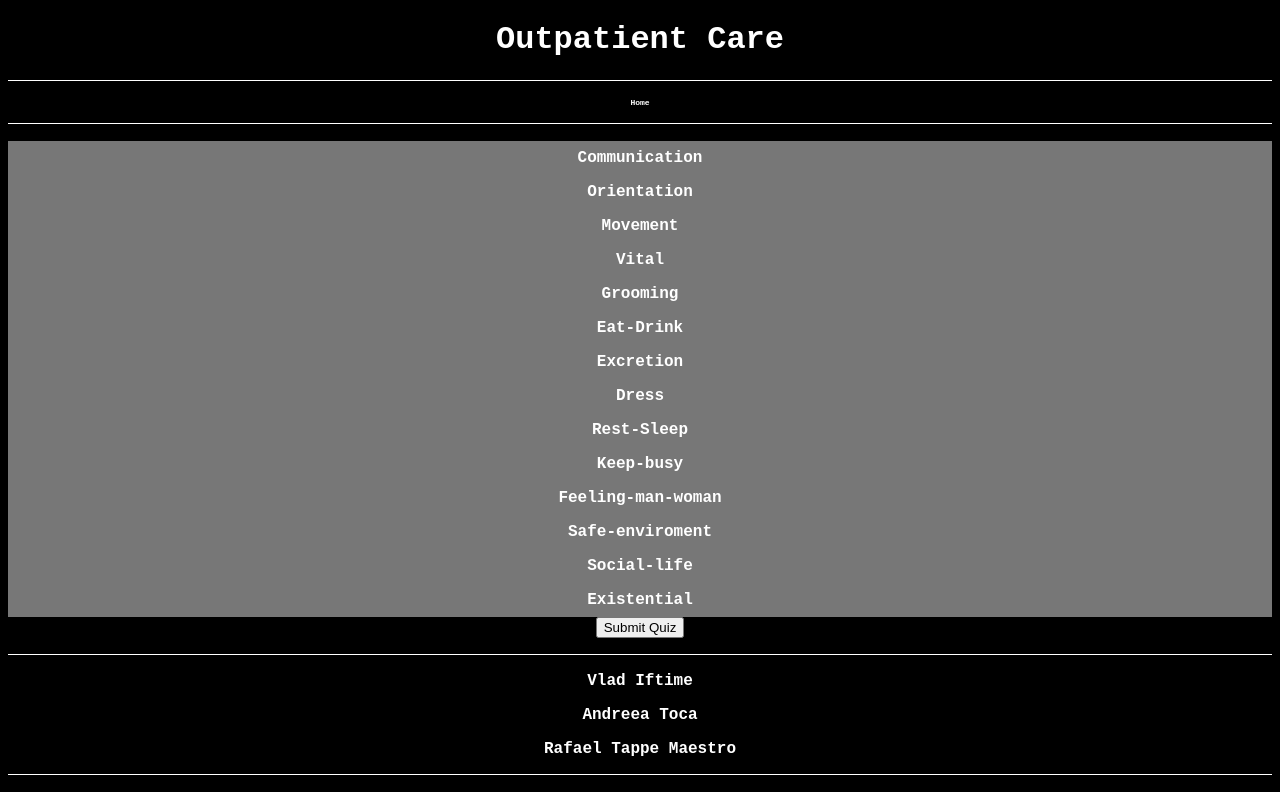
Repository: VladIftime/KnowledgeTechnology2019
Page: src/front/index.html
These files come from the project's save history. The page is drawn as it stood at one moment and after the next save; the edit follows.
The browser window is 1280 px wide. The pictures show the whole page.

Above is the page before, as saved 2020-01-11 20:22:05.

### src/front/index.html
<!DOCTYPE html>
<html lang="en">
    <head>
        <meta charset="UTF-8">
        <meta name="description" content="This is a knowledge base and inference system. It classifies a patient's need for outpatient care.">
        <meta name="keywords" content="Outpatient, Care, knowledge, base, technology, inference">
        <meta name="viewport" content=" classth=device- classth, initial-scale=1.0">
        <title>Outpatient Care</title>

        <link rel="stylesheet" href="style.css">
        <link rel="icon" type="image/png" href="favicon.png">
    </head>

    <body>
        <header>
            <h1>
                <span class=brokenLine>Outpatient<br>Care</span>
                <span class=oneLine>Outpatient Care</span>
            </h1>
        </header>
        <nav>
            <hr>
            <p style="font-size:50%;"><a href="http://localhost:8000/">Home</a></p>
            <hr>
        </nav>
        <article>
            <section id=HealthAreas></section>
        </article>
            <div id = warning style="display: none;">Please answers all the questions first</div>
            <button id= submit >Submit Quiz</button>
            <div id = Result></div>
        <footer>
            <hr>
            <p><a href="https://github.com/VladIftime/">Vlad Iftime</a></p>
            <p><a href="https://github.com/AndreeaToca/">Andreea Toca</a></p>
            <p><a href="https://github.com/Wehzie/">Rafael Tappe Maestro</a></p>
            <hr>
        </footer>
        <script src="questions.js"></script>
        <script src="inference.js"></script>
        <script src="collapsible.js"></script>
    </body>
</html>

### src/front/style.css
html {
    font-family: "Courier New", Courier, monospace;
    color: white;
    background-color:  black;
}

.brokenLine {font-size: 100%;}
.oneLine {display: none;}

@media screen and (min-width: 5cm) {
    .brokenLine {display: none;}
    .oneLine {font-size: 100%; display: block}
}

body {
    font-size: 100%;
    text-align: center;
}

nav {
    font-weight: bold;
}

footer {
    font-weight: bold;
}

a:visited {
    color: white;
    background-color: transparent;
    text-decoration: none;
}

a:link {
    color: white;
    background-color: transparent;
    text-decoration: none;
}

a:hover {
    color: rgb(139, 208, 251);
    background-color: transparent;
    text-decoration: none;
}

a:active {
    color: white;
    background-color: transparent;
    text-decoration: none;
}

hr {
    display: block;
    height: 1px;
    border: 0;
    border-top: 1px solid white;
    margin: 1em 0;
    padding: 0;
}

.collapse {
    font-family: "Courier New", Courier, monospace;
    font-size: 100%;
    font-weight: bold;

    background-color: #777;
    color: white;
    cursor: pointer;
    padding: 0.5em;
    width: 100%;
    border: none;
    text-align: center;
    outline: none;
}

.collapse-active, .collapse:hover {
    background-color: #555;
}

.collapse-content {
    padding: 0 18px;
    display: none;
    overflow: hidden;
    background-color: darkcyan;
}

.q-grid {
    display: grid;
    grid-template-columns: 25vw auto;
}

.q-grid > p {
    text-align: left;
    grid-column: 2;
}

.ans-grid {
    display: grid;
    grid-template-columns: 40vw auto;
}

.ans-box {
    display: block;
    text-align: left;
    grid-column: 2;
}

.font {
    font-size: 100%;
}

### src/front/questions.js
// Question class and objects
let areas = ['Communication','Orientation','Movement','Vital','Grooming',
             'Eat-Drink','Excretion','Dress','Rest-Sleep','Keep-busy',
             'Feeling-man-woman','Safe-enviroment','Social-life','Existential'];


function createSections() {
    let sec = document.getElementById('HealthAreas');
    for (let index = 0; index < areas.length; index++) {
        const element = areas[index];
        let title = element;
        //title[0].toUpperCase();
        sec.innerHTML+='<section id ='+ element + '> <button type="button" class="collapse">'+title+'</button> <div class="collapse-content"> </div> </section>'
    }
}

createSections();

class Question {
    constructor(question, hint, choices, points, classOfQuestion, name) {
        this.question = question;
        this.hint = hint;
        this.choices = choices;
        this.classOfQuestion = classOfQuestion;
        this.name = name;
    }

    showQuestion() {
        let sec = document.getElementById(this.classOfQuestion).getElementsByClassName('collapse-content')[0];
        sec.innerHTML+= '<div class='+this.classOfQuestion+' id='+this.name+'><div class = q-grid><p class=font>' + this.question + '</p></div></div>';
    }

    showChoices() {
        return null;
    }

    display() {
        this.showQuestion();
        this.showChoices();
    }
}

class MultipleChoice extends Question{
    constructor(question, hint, choices, classOfQuestion, name) {
        super(question, hint, choices, '', classOfQuestion, name);
    }

    showChoices() {
        let htmlString = '<div class = ans-grid> <div class = ans-box>';
        for (let index = 0; index < this.choices.length; index++) {
            htmlString += ('<input type=\'radio\' name=' + this.name + ' value= \''  + index + '\'>' + '<label class=font>' + this.choices[index] + '</label><br>');
        }
        document.getElementById(this.name).innerHTML += htmlString + '</div> </div>';
    }
}

class MultipleChoiceImpair extends MultipleChoice{
    constructor(question, hint, classOfQuestion, name) {
        super(question, hint, ['Unimpaired', 'Partially impaired', 'Impaired'], classOfQuestion, name);
    }
}

class TickBox extends Question{
    constructor(question, hint, choices, classOfQuestion, name) {
        super(question, hint, choices, '', classOfQuestion, name);
    }

    showChoices() {
        let htmlString = '<div class = ans-grid> <div class = ans-box>';
        for (let index = 0; index < this.choices.length; index++) {
            htmlString += ('<input type=\'checkbox\' name=\'option\' value= \'1\'>' + this.choices[index] + '<br>');
        }
        document.getElementById(this.name).innerHTML += htmlString + '</div> </div>';
    }
}
//Communication
const question1 = new MultipleChoiceImpair('Hearing:','','Communication','question1');
const question2 = new MultipleChoiceImpair('Sight','','Communication','question2');
const question3 = new MultipleChoiceImpair('Speech:','','Communication','question3');
const question4 = new MultipleChoiceImpair('Ability to express feelings and desires:','','Communication','question4');
//Orientation
const question5 = new MultipleChoiceImpair('Temporal orientation:','','Orientation','question5');
const question6 = new MultipleChoiceImpair('Local orientation:','','Orientation','question6');
const question7 = new MultipleChoiceImpair('Personal orientation:','','Orientation','question7');
const question8 = new MultipleChoiceImpair('Situational orientation:','','Orientation','question8');
//Movement
const question9 = new MultipleChoiceImpair('Ability to walk alone:','','Movement','question9');
const question10 = new MultipleChoiceImpair('Ability to stand alone:','','Movement','question10');
const question11 = new MultipleChoiceImpair('Ability to sit alone:','','Movement','question11');
const question12 = new MultipleChoiceImpair('Ability to lay down alone:','','Movement','question12');
const question13 = new MultipleChoiceImpair('Ability to visit infrastracture:','','Movement','question13');
//Vital functions


question1.display();
question2.display();
question3.display();
question4.display();
question5.display();
question6.display();
question7.display();
question8.display();
question9.display();
question10.display();
question11.display();
question12.display();
question13.display();

Loaded but not shown: src/front/collapsible.js (no copy from this time; the picture is the same without it); src/front/inference.js (no copy from this time; the picture is the same without it)

After the next save:
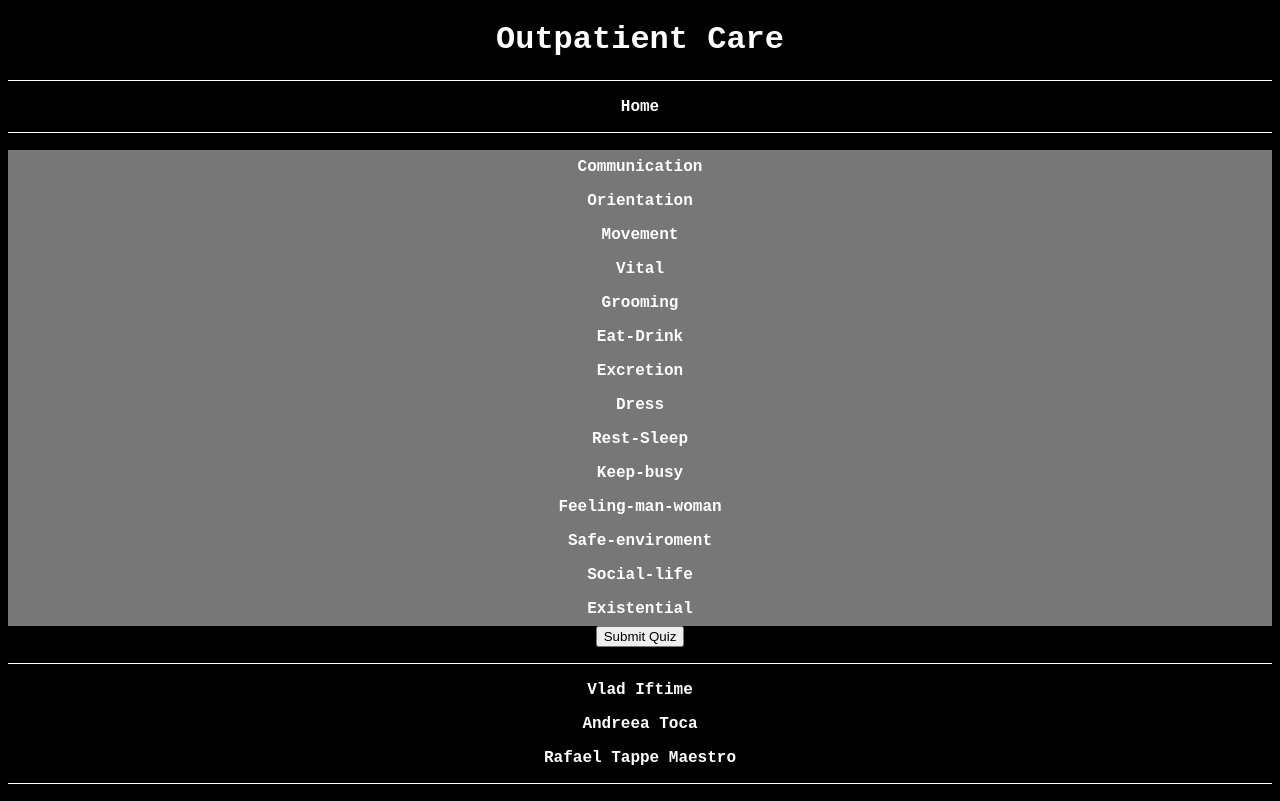
Saved 44 s later.
--- a/src/front/index.html
+++ b/src/front/index.html
@@ -20,7 +20,7 @@
         </header>
         <nav>
             <hr>
-            <p style="font-size:50%;"><a href="http://localhost:8000/">Home</a></p>
+            <p class=font><a href="http://localhost:8000/">Home</a></p>
             <hr>
         </nav>
         <article>
